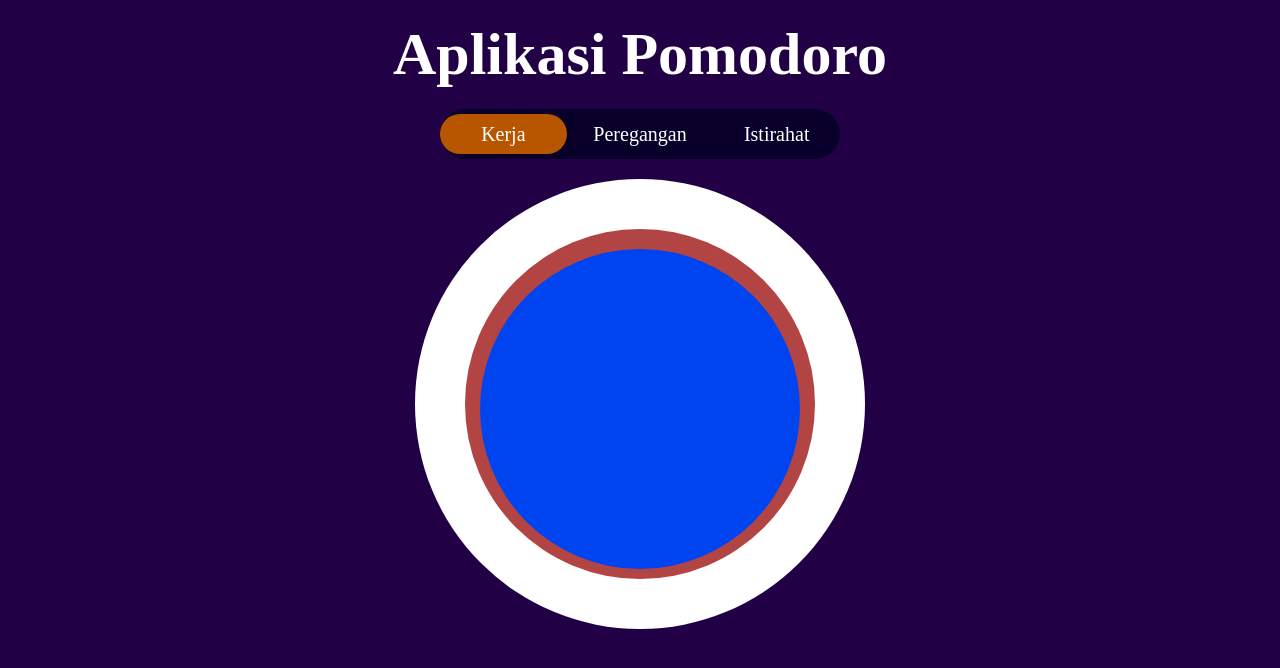
Repository: sellayspy/aplikasiPomodoro
Page: /
An editor plug-in stored every save of this project. The page is shown before and after the next save, followed by the edit.
The browser window is 1280 px wide. The pictures show the whole page.
The project was rebuilt for these pictures with package versions that can differ from the ones it lists, and the page was loaded fresh each time. Also part of the build but not shown: vite.config.js.

Above is the page before, as saved 2024-11-25 13:44:24.

### index.html
<!DOCTYPE html>
<html lang="en">
  <head>
    <meta charset="UTF-8" />
    <link rel="icon" type="image/svg+xml" href="/vite.svg" />
    <meta name="viewport" content="width=device-width, initial-scale=1.0" />
    <title>Aplikasi Pomodoro</title>
  </head>
  <body>
    <div id="root"></div>
    <script type="module" src="/src/main.jsx"></script>
  </body>
</html>

### src/main.jsx
import { StrictMode } from "react";
import { createRoot } from "react-dom/client";
import { createGlobalStyle, ThemeProvider } from "styled-components";
import App from "./App.jsx";

const GlobalStyle = createGlobalStyle`

*{
  margin: 0;
  padding: 0;
  box-sizing: border-box;
}

  html,body{
    background-color: ${(props) => props.theme.colors.bg};;
    font-size: 62.5%;
  }

  body{
    font-size: 1.6rem;
    color: white;
  }

`;

const theme = {
  colors: {
    primary: "#b85600",
    secondary: "#08002b",
    bg: "#220045",
  },
};

createRoot(document.getElementById("root")).render(
  <StrictMode>
    <ThemeProvider theme={theme}>
      <GlobalStyle />
      <App />
    </ThemeProvider>
  </StrictMode>
);

### src/App.jsx
import styled from "styled-components";
import Judul from "./components/Judul";
import Timer from "./components/Timer";

function App() {
  return (
    <>
      <Title>Aplikasi Pomodoro</Title>
      <Judul />
      <Timer />
    </>
  );
}

export default App;

const Title = styled.h1`
  font-size: 6rem;
  padding: 2rem 0;
  text-align: center;
`;

### src/components/Judul.jsx
import styled, { css } from "styled-components";
import { useState } from "react";

const Judul = () => {
  const [active, setActive] = useState(0);

  const handleJudulClick = (index) => {
    setActive(index);
  };
  return (
    <JudulContainer>
      {["Kerja", "Peregangan", "Istirahat"].map((tag, i) => (
        <Tag onClick={() => handleJudulClick(i)} active={active === i} key={i}>
          {tag}
        </Tag>
      ))}
    </JudulContainer>
  );
};

export default Judul;

const JudulContainer = styled.div`
  background: ${(props) => props.theme.colors.secondary};
  height: 5rem;
  width: 40rem;
  margin: 0 auto;
  border-radius: 5rem;
  display: flex;
  gap: 1rem;
  align-items: center;
`;

const Tag = styled.button`
  all: unset;
  height: 4rem;
  text-align: center;
  border-radius: 5rem;
  flex: 1;
  font-size: 2rem;

  ${({ active }) =>
    active &&
    css`
      background: ${(props) => props.theme.colors.primary};
    `}
`;

### src/components/Timer.jsx
import styled from "styled-components";
import TimerProgress from "./TimerProgress";

const Timer = () => {
  return (
    <TimerContainer>
      <TimerProgress />
    </TimerContainer>
  );
};

export default Timer;

const TimerContainer = styled.div`
  width: 45rem;
  height: 45rem;
  background: white;
  margin: 2rem auto;
  border-radius: 50%;
  display: grid;
  place-items: center;
`;

### src/components/TimerProgress.jsx
import styled from "styled-components";

const TimerProgress = () => {
  return (
    <OuterCircle>
      <InnerCircle></InnerCircle>
    </OuterCircle>
  );
};

export default TimerProgress;

const OuterCircle = styled.div`
  width: 35rem;
  height: 35rem;
  background: #b34444;
  margin: 2rem auto;
  border-radius: 50%;
  display: grid;
  place-items: center;
`;

const InnerCircle = styled.div`
  width: 32rem;
  height: 32rem;
  background: #0044ef;
  margin: 2rem auto;
  border-radius: 50%;
  display: grid;
  place-items: center;
`;

After the next save:
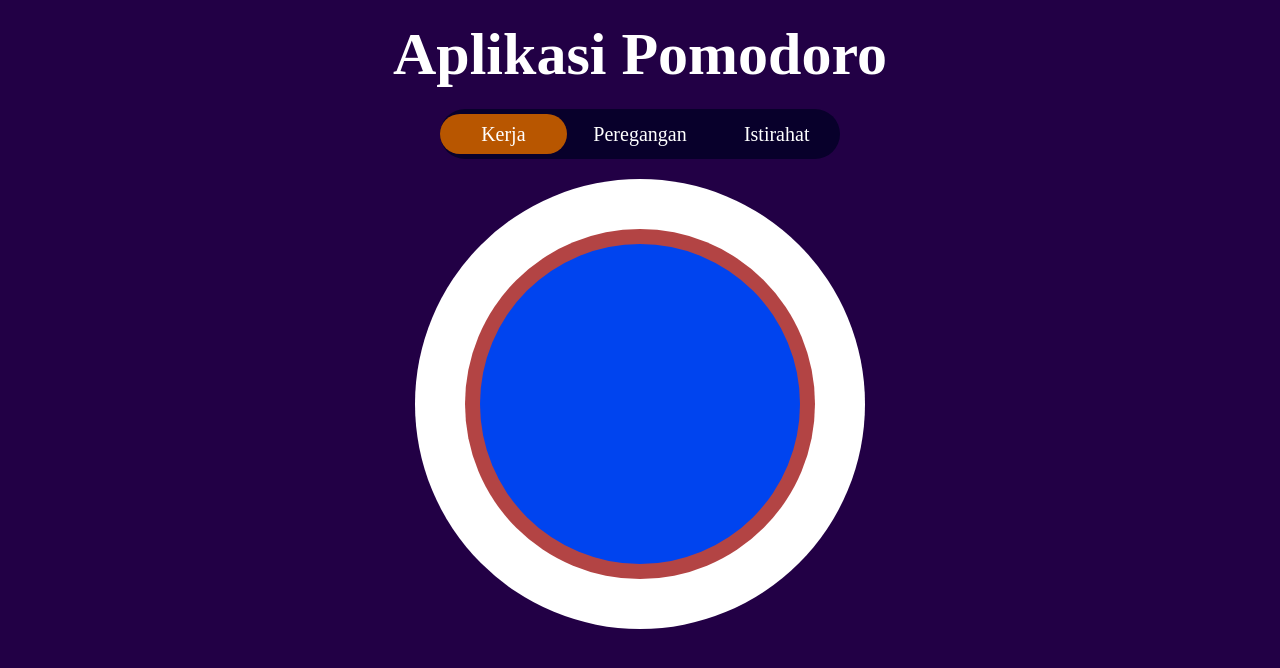
Saved 35 s later.
--- a/src/components/TimerProgress.jsx
+++ b/src/components/TimerProgress.jsx
@@ -14,7 +14,7 @@ const OuterCircle = styled.div`
   width: 35rem;
   height: 35rem;
   background: #b34444;
-  margin: 2rem auto;
+
   border-radius: 50%;
   display: grid;
   place-items: center;
@@ -24,7 +24,7 @@ const InnerCircle = styled.div`
   width: 32rem;
   height: 32rem;
   background: #0044ef;
-  margin: 2rem auto;
+
   border-radius: 50%;
   display: grid;
   place-items: center;
